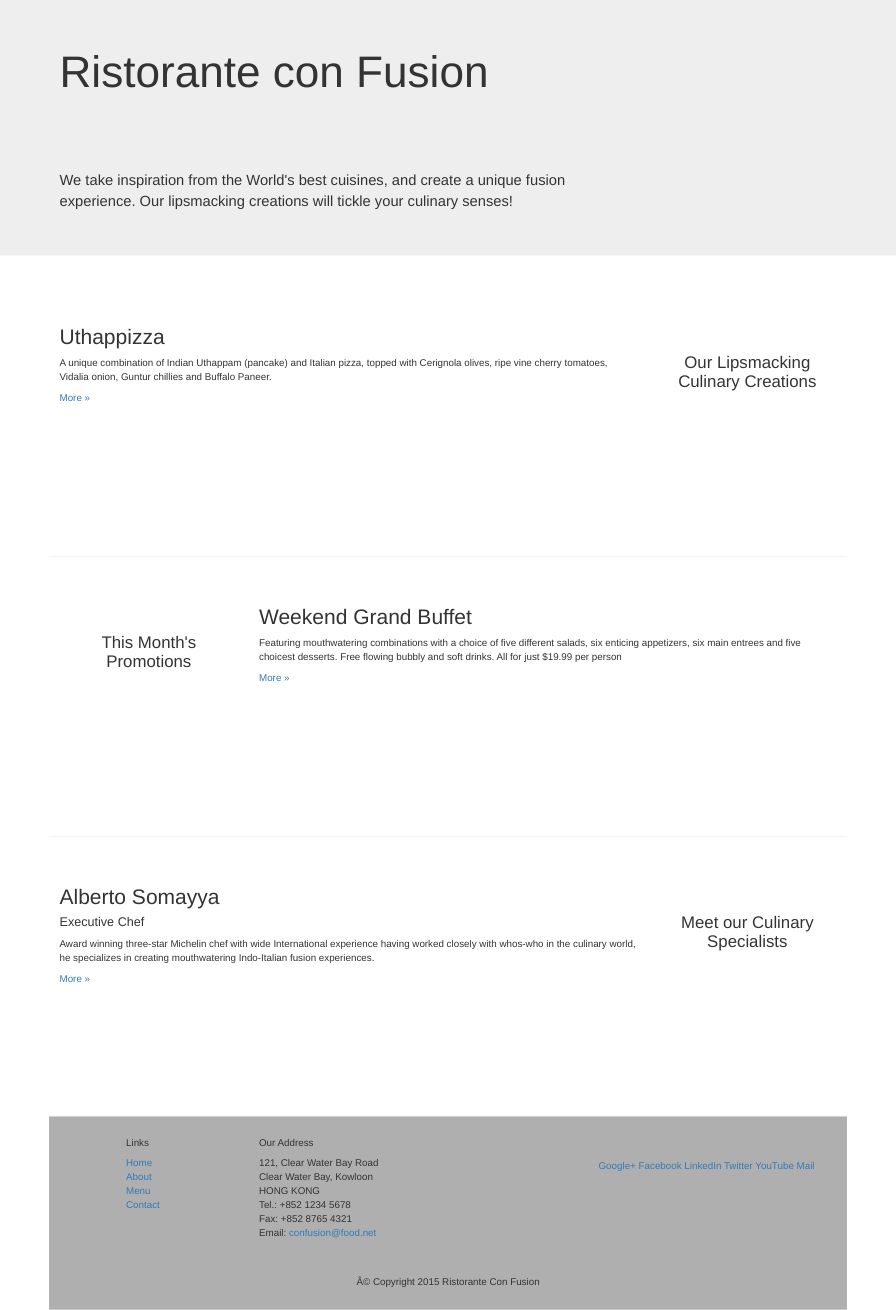
Repository: tagus24/Coursera
Page: http://localhost/conFusion/
The author's editor kept a copy of each file at every save. The page is drawn from the files as they stood at one save, then again after the next save.
The browser window is 1280 px wide. The pictures show the whole page, at 70% of full size.
Some web libraries are served in a nearby version. The page is served by Tomcat 9. Other server files are loaded and not shown.

Above is the page before, as saved 2016-01-31 17:32:43.

### Coursera/FullStackDeveloper/conFusion/src/main/webapp/index.html
<!DOCTYPE html>
<html lang="en">

<head>
	<meta charset="utf-8">
    <meta http-equiv="X-UA-Compatible" content="IE=edge">
    <meta name="viewport" content="width=device-width, initial-scale=1">
    <!-- The above 3 meta tags *must* come first in the head; any other head
         content must come *after* these tags -->

    <title>Ristorante Con Fusion</title>

        <!-- Bootstrap -->
    <link href="css/bootstrap.min.css" rel="stylesheet">
    <link href="css/bootstrap-theme.min.css" rel="stylesheet">
	<link href="css/mystyles.css" rel="stylesheet">

    <!-- HTML5 shim and Respond.js for IE8 support of HTML5 elements and media queries -->
    <!-- WARNING: Respond.js doesn't work if you view the page via file:// -->
    <!--[if lt IE 9]>
      <script src="https://oss.maxcdn.com/html5shiv/3.7.2/html5shiv.min.js"></script>
      <script src="https://oss.maxcdn.com/respond/1.4.2/respond.min.js"></script>
    <![endif]-->

</head>

<body>

    <header class="jumbotron">

        <!-- Main component for a primary marketing message or call to action -->

        <div class="container">
            <div class="row row-header">
                <div class="col-xs-12 col-sm-8">
                    <h1>Ristorante con Fusion</h1>
                    <p style="padding:40px;"></p>
                    <p>We take inspiration from the World's best cuisines, and create a unique fusion experience. Our lipsmacking creations will tickle your culinary senses!</p>
                </div>
                <div class="col-xs-12 col-sm-4">
                </div>
            </div>
        </div>
    </header>

    <div class="container">
        <div class="row row-content">
            <div class="col-xs-12 col-sm-3 col-sm-push-9">
                <p style="padding:20px;"></p>
                <h3 align=center>Our Lipsmacking Culinary Creations</h3>
            </div>
            <div class="col-xs-12 col-sm-9 col-sm-pull-3">
                <h2>Uthappizza</h2>
                <p>A unique combination of Indian Uthappam (pancake) and Italian pizza, topped with Cerignola olives, ripe vine cherry tomatoes, Vidalia onion, Guntur chillies and Buffalo Paneer.</p>
                <p><a  href="#">More &raquo;</a></p>
            </div>
        </div>


        <div class="row row-content">
            <div class="col-xs-12 col-sm-3">
                <p style="padding:20px;"></p>
                <h3 align=center>This Month's Promotions</h3>
            </div>
            <div class="col-xs-12 col-sm-9">
                <h2>Weekend Grand Buffet</h2>
                <p>Featuring mouthwatering combinations with a choice of five different salads, six enticing appetizers, six main entrees and five choicest desserts. Free flowing bubbly and soft drinks. All for just $19.99 per person </p>
                <p><a href="#">More &raquo;</a></p>
            </div>
        </div>

        <div class="row row-content">
            <div class="col-xs-12 col-sm-3 col-sm-push-9">
                <p style="padding:20px;"></p>
                <h3 align=center>Meet our Culinary Specialists</h3>
            </div>
            <div class="col-xs-12 col-sm-9 col-sm-pull-3">
                <h2>Alberto Somayya</h2>
                <h4>Executive Chef</h4>
                <p>Award winning three-star Michelin chef with wide International experience having worked closely with whos-who in the culinary world, he specializes in creating mouthwatering Indo-Italian fusion experiences. </p>
                <p><a href="#">More &raquo;</a></p>
            </div>
        </div>
    </div>

    <footer>
        <div class="container">
            <div class="row row-footer">
                <div class="col-xs-5 col-xs-offset-1 col-sm-2 col-sm-offset-1">
                    <h5>Links</h5>
                    <ul class="list-unstyled">
                        <li><a href="#">Home</a></li>
                        <li><a href="#">About</a></li>
                        <li><a href="#">Menu</a></li>
                        <li><a href="#">Contact</a></li>
                    </ul>
                </div>
                <div class="col-xs-6 col-sm-5">
                    <h5>Our Address</h5>
                    <address>
		              121, Clear Water Bay Road<br>
		              Clear Water Bay, Kowloon<br>
		              HONG KONG<br>
		              Tel.: +852 1234 5678<br>
		              Fax: +852 8765 4321<br>
		              Email: <a href="mailto:confusion@food.net">confusion@food.net</a>
		           </address>
                </div>
                <div class="col-xs-12 col-sm-4">
                    <div style="padding: 40px 10px;">
                        <a href="http://google.com/+">Google+</a>
                        <a href="http://www.facebook.com/profile.php?id=">Facebook</a>
                        <a href="http://www.linkedin.com/in/">LinkedIn</a>
                        <a href="http://twitter.com/">Twitter</a>
                        <a href="http://youtube.com/">YouTube</a>
                        <a href="mailto:">Mail</a>
                    </div>
                </div>
                <div class="col-xs-12">
                    <p style="padding:10px;"></p>
                    <p align=center>Â© Copyright 2015 Ristorante Con Fusion</p>
                </div>
            </div>
        </div>
    </footer>

     <!-- jQuery (necessary for Bootstrap's JavaScript plugins) -->
    <script src="https://ajax.googleapis.com/ajax/libs/jquery/1.11.3/jquery.min.js"></script>
    <!-- Include all compiled plugins (below), or include individual files as needed -->
    <script src="js/bootstrap.min.js"></script>

</body>

</html>

### Coursera/FullStackDeveloper/conFusion/src/main/webapp/css/mystyles.css
.row-header{
    margin:0px auto;
    padding:0px auto;
}

.row-content {
    margin:0px auto;
    padding: 50px 0px 50px 0px;
    border-bottom: 1px ridge;
    min-height:400px;
}

.row-footer{
    background-color: #AfAfAf;
    margin:0px auto;
    padding: 20px 0px 20px 0px;
}

Loaded but not shown: Coursera/FullStackDeveloper/conFusion/src/main/webapp/css/bootstrap.min.css (library); Coursera/FullStackDeveloper/conFusion/src/main/webapp/css/bootstrap-theme.min.css (library); Coursera/FullStackDeveloper/conFusion/src/main/webapp/js/bootstrap.min.js (library)

After the next save:
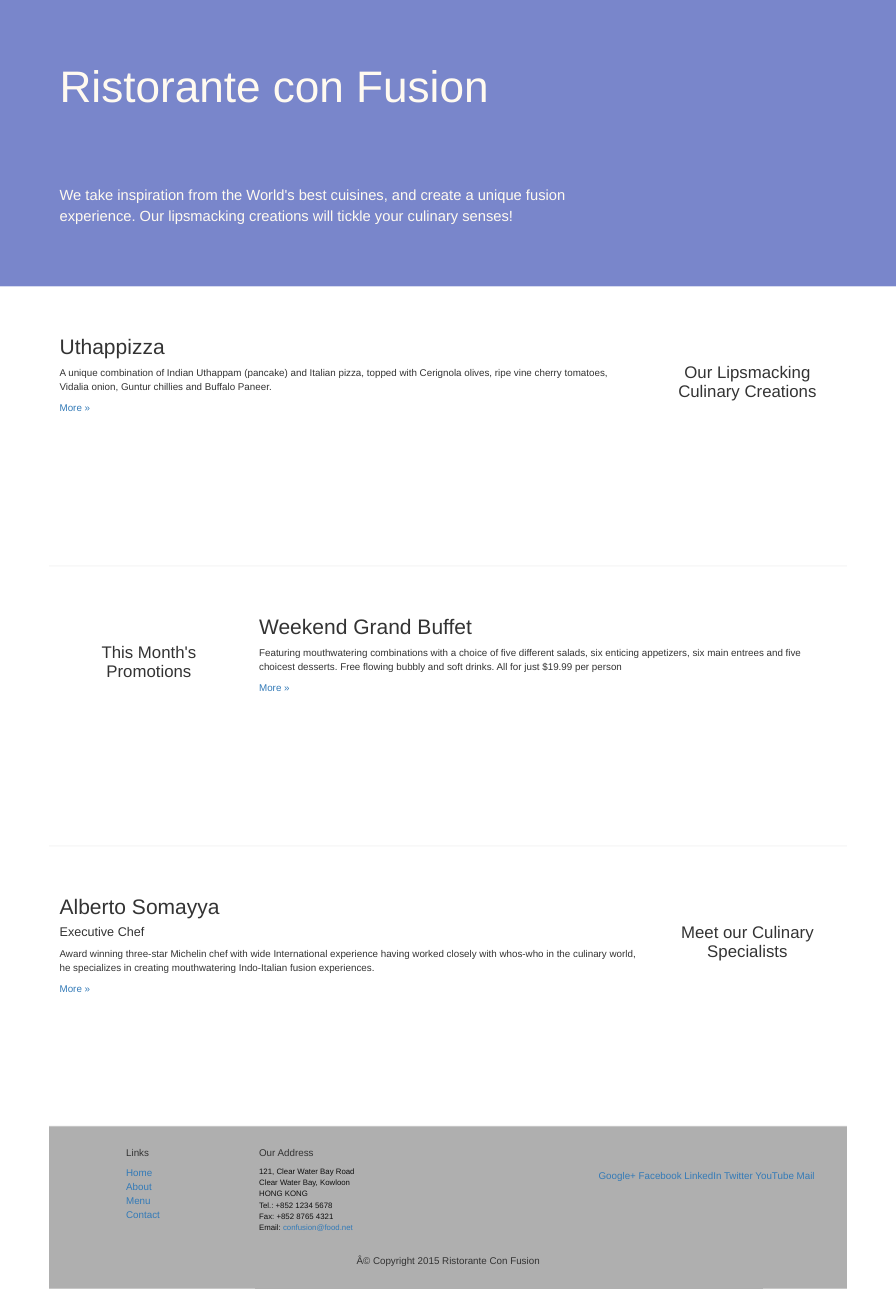
Saved 23 s later.
--- a/Coursera/FullStackDeveloper/conFusion/src/main/webapp/css/mystyles.css
+++ b/Coursera/FullStackDeveloper/conFusion/src/main/webapp/css/mystyles.css
@@ -15,3 +15,16 @@
     margin:0px auto;
     padding: 20px 0px 20px 0px;
 }
+
+.jumbotron {
+    padding:70px 30px 70px 30px;
+    margin:0px auto;
+    background: #7986CB ;
+    color:floralwhite;
+}
+
+address{
+    font-size:80%;
+    margin:0px;
+    color:#0f0f0f;
+}
